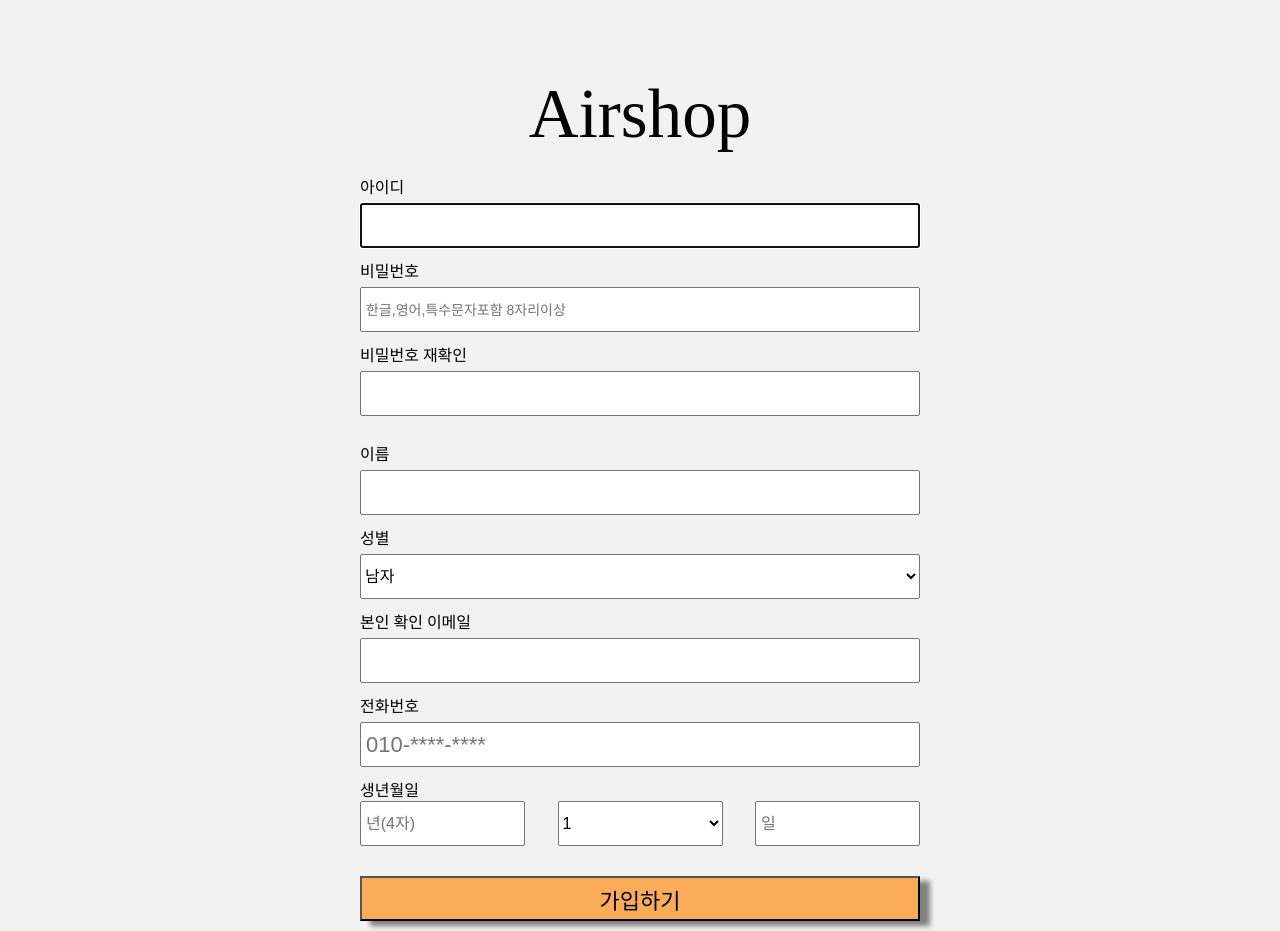
Repository: seungsu12/carrot
Page: http://localhost/carrot/signup.jsp
An editor plug-in stored every save of this project. The page is shown before and after the next save, followed by the edit.
The browser window is 1280 px wide. The pictures show the whole page.
The page is served by Tomcat 9.

Above is the page before, as saved 2021-07-17 06:39:58.

After the next save:
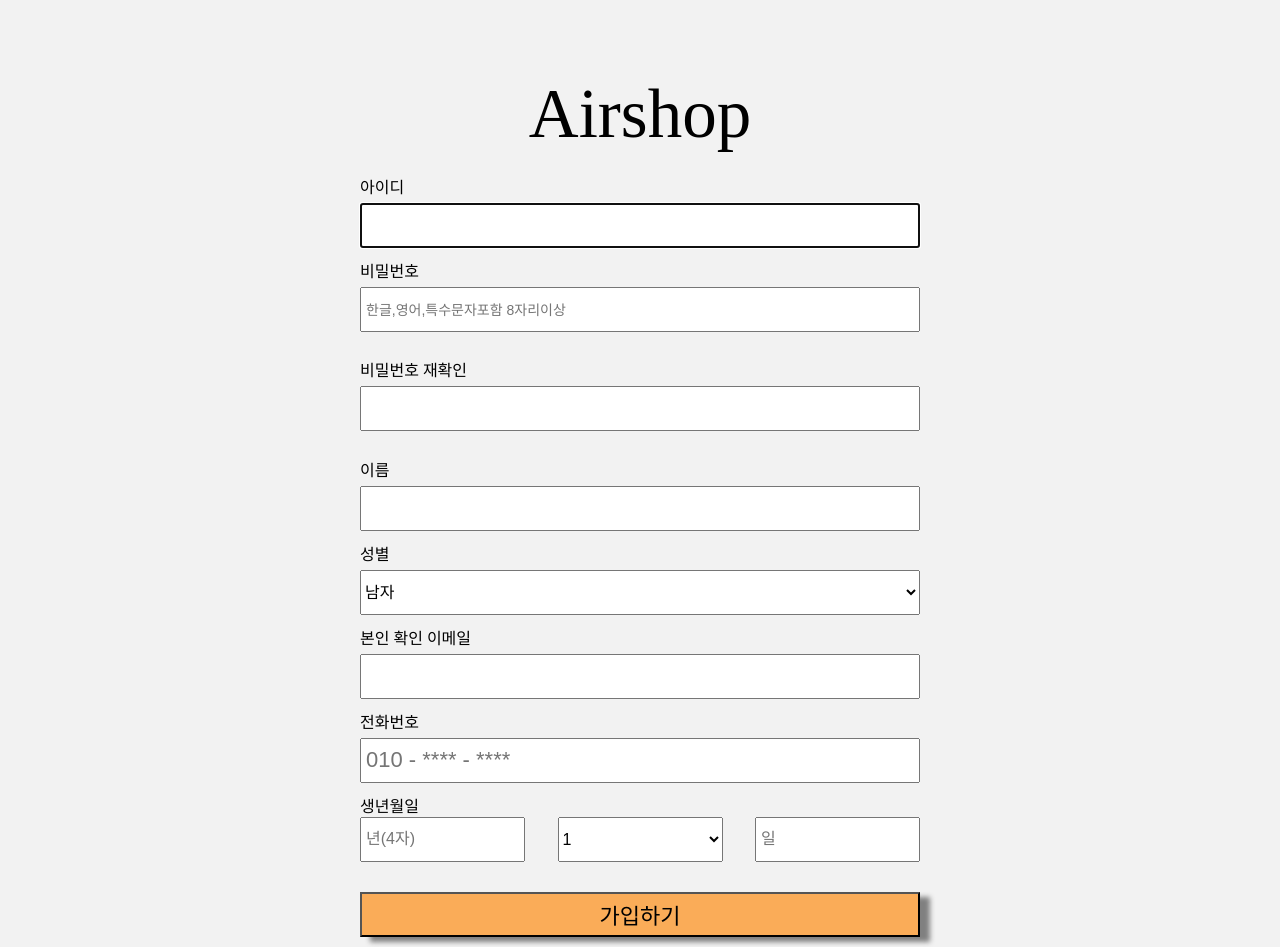
Console error: SyntaxError: Invalid or unexpected token
Saved 25 min 39 s later.
--- a/carrot/WebContent/signup.jsp
+++ b/carrot/WebContent/signup.jsp
@@ -43,6 +43,7 @@
 			<div class="sign_box">
 				<label for="sign_pwd">비밀번호</label>
 					<input style="font-size:14px;" type="password" name="pwd" id="sign_pwd" placeholder="한글,영어,특수문자포함 8자리이상">
+					<span class="sign_text" id ="pwd_text"></span>
 			</div>
 
 			<div class="sign_box">
@@ -70,7 +71,7 @@
 			</div>
 			<div class="sign_box">
 				<label for ="sign_phone_num">전화번호</label>
-				<input type="text" placeholder="010-****-****" name="phone_num" id="sign_phone_num">
+				<input type="text" placeholder="010 - **** - ****" name="phone_num" id="sign_phone_num">
 			</div>
 			<div class="sign_box2">
 				<label>생년월일</label>
@@ -107,6 +108,7 @@
 let pwd = document.getElementById('sign_pwd');
 let pwd2 = document.getElementById('sign_pwd2');
 
+
 pwd2.addEventListener('blur',() =>{
 	let text = document.getElementById('pwd2_text');
 	if(pwd.value === pwd2.value){
@@ -119,6 +121,17 @@
 	}
 });
 
+pwd.addEventListener('blur',()=>{
+	const bol = pwd.value.search(/^[a-zA-Z0-9]{8,16}$/);
+	let text = document.getElementById('pwd_text');
+
+	if (bol<0){
+		text.innerHTML ="올바른 비밀번호입니다.";
+	}
+	else{
+		text.innerHTML = "비밀번호는 영어,한글,특수문자 포함 8~ 16글자입니다;
+	}
+});
 
 </script>
 </html>
